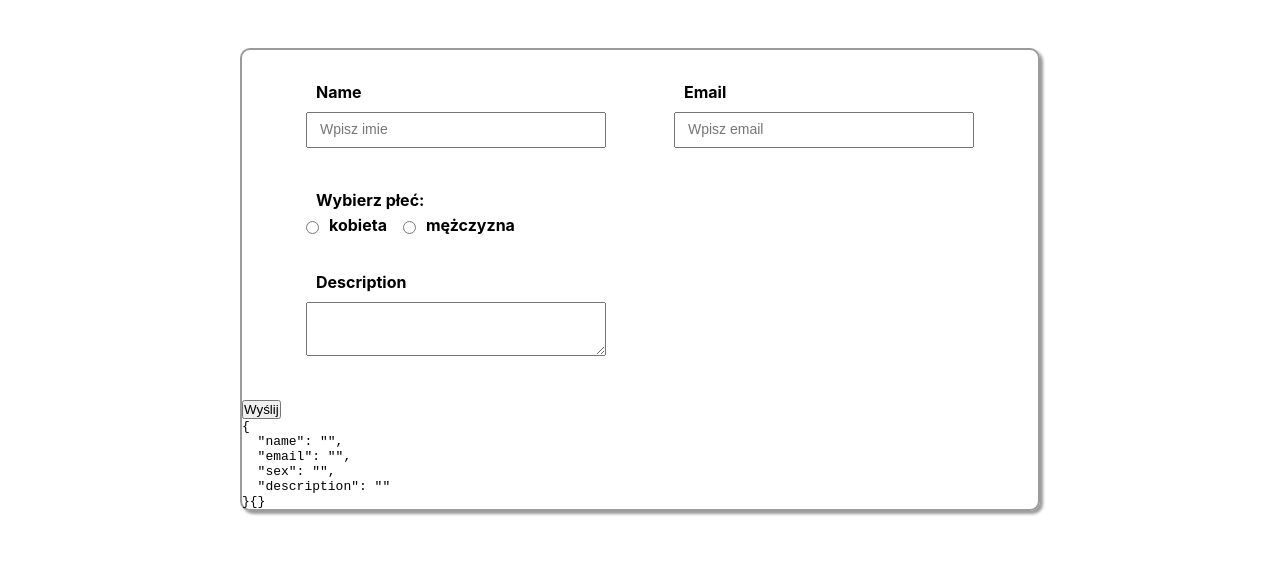
Repository: KrzysKolo/sr_tydzien4_zad3
Page: /
An editor plug-in stored every save of this project. The page is shown before and after the next save, followed by the edit.
The browser window is 1280 px wide. The pictures show the whole page.
The project was rebuilt for these pictures with package versions that can differ from the ones it lists, and the page was loaded fresh each time. Also part of the build but not shown: src/components/FormComponents/TextError.js.

Above is the page before, as saved 2020-11-19 13:52:31.

### src/App.js
import React from 'react';
import './App.css';
import FormikContainer from './components/Formik/FormikContainer';
const App = () => {
  return (
    <main className="App">
      <FormikContainer />
    </main>
   );
}

export default App;

### src/App.css
* {
  margin: 0;
  padding: 0;
  box-sizing: border-box;
}
.form-wrapper {
  margin: 3rem auto;
  width: 800px;
  border: 2px solid rgb(155, 155, 155);
  border-radius: 10px;
  box-shadow: 3px 3px 3px rgb(155, 155, 155);
}
.section {
  display: flex;
  flex-direction: row;
  margin: 2rem 4rem;
  justify-content: space-between;
}
label {
  font-weight: bold;
  display: flex;
  margin-bottom: 5px;
  margin-left: 10px;
}
input[type="text"],
input[type="email"],
textarea {
  display: block;
  width: 300px;
  padding: 6px 12px;
  font-size: 14px;
  line-height: 1.4285;
  color: #555;
  margin: 10px 0;
}

.error {
  color: red;
}
.row {
  display: flex;
  flex-direction: row;
  align-items: center;
  margin-right: 1rem;
}

### src/components/Formik/FormikContainer.js
import React from 'react';
import { Formik, Form } from 'formik';
import * as yup from 'yup';
import FormikControl from './FormikControl';
import RadioOptions from './../../data/RadioOptions';

const FormikContainer = () => {
    const initialValues = {
        name: '',
        email: '',
        sex: '',
        description: '',
    }

    const validationSchema = yup.object({
        name: yup.string().required("Imię jest obowiązkowe!").min(2,"Twóje imię musi mieć więcej niż 2 znaki!").max(30,'Twoje imię może mieć maxymalnie 30 znaków!'),
        email: yup.string().required("Email jest wymagany").email("Adres zawiera błędy"),
        sex: yup.string().required('Zaznacz jedną wartość'),
        description: yup.string().required('Wpisz kilka słów').min(2, "Wpisz co najmniej 2 znaki").max(250, "Możesz wpisać max. 250 znaków"),
    });

    const onSubmit = values => {console.log('Form data: ', values)};
    return (
        <Formik
            initialValues={initialValues}
            validationSchema={validationSchema}
            onSubmit={onSubmit}
        >
            { ({formik, values, errors}) => (
                <Form className="form-wrapper">
                    <section className="section">
                        <FormikControl control='input' type='text' label='Name' name='name' placeholder="Wpisz imie"/>
                        <FormikControl control='input' type='email' label='Email' name='email' placeholder="Wpisz email"/>
                    </section>
                    <section className="section">
                        <FormikControl control='radio' label='Wybierz płeć: ' name='sex' options={RadioOptions}/>
                    </section>
                    <section className="section">
                        <FormikControl control='textarea' label='Description' name='description'/>
                    </section>
                    <button type="submit">Wyślij</button>
                    <pre>
                        {JSON.stringify(values, null, 2)}
                        {JSON.stringify(errors, null, 2)}

                    </pre>

                </Form>
            )

            }

        </Formik>
    )
}
export default FormikContainer;

### src/components/Formik/FormikControl.js
import Input from './../FormComponents/Input';
import Radio from './../FormComponents/Radio';
import TextArea from './../FormComponents/TextArea';

const FormikControl = (props) => {
    const { control, ...rest } = props;
    switch(control) {
        case 'input': return <Input {...rest} />
        case 'radio': return <Radio {...rest} />
        case 'textarea': return <TextArea {...rest} />
        case 'checkbox': return <Checkbox {...rest} />
        default: return null
    }
}

export default FormikControl;

### src/data/RadioOptions.js
const RadioOptions=[
    { id: 0, value: "kobieta", label: 'kobieta' },
    { id: 1, value: "mężczyzna", label: 'mężczyzna' },
   ];
export default RadioOptions;

### src/components/FormComponents/Input.js
import React from 'react';
import{ Field, ErrorMessage } from 'formik';
import TextError from './TextError';

const Input = (props) => {
    const { label, name, ...rest } = props;
    return (
        <div className="form-control">
             <label htmlFor={name}>{label}</label>
            <Field id={name} name={name} {...rest} />
            <ErrorMessage name={name} component={TextError} />
        </div>
     );
}

export default Input;

### src/components/FormComponents/Radio.js
import React from 'react';
import{ Field, ErrorMessage } from 'formik';
import TextError from './TextError';

const Radio = (props) => {
    const { label, name, options, ...rest } = props;
    return (
        <div className="form-control">
            <label htmlFor={name}>{label}</label>
            <div className="row">
                <Field name={name} {...rest}>
                    {
                    ({ field }) => {
                        return options.map(option => {
                            return (
                                <div className="row" key={option.id} >
                                    <input type='radio' id={option.id} {...field} value={option.value} checked={field.value === option.value}/>
                                    <label htmlFor={option.id}>{option.label}</label>
                                </div>
                            )
                        })
                    }
                    }
                </Field>
            </div>
            <ErrorMessage name={name} component={TextError} />
        </div>
     );
}

export default Radio;

### src/components/FormComponents/TextArea.js
import React from 'react';
import{ Field, ErrorMessage } from 'formik';
import TextError from './TextError';

const TextArea = (props) => {
    const { label, name, ...rest } = props;
    return (
        <div className="form-control">
            <label htmlFor={name}>{label}</label>
            <Field as ='textarea' id={name} name={name} {...rest} />
            <ErrorMessage name={name} component={TextError} />
        </div>
     );
}

export default TextArea;

Loaded but not shown: public/index.html (common file); src/index.js (common file); src/index.css (common file)

After the next save:
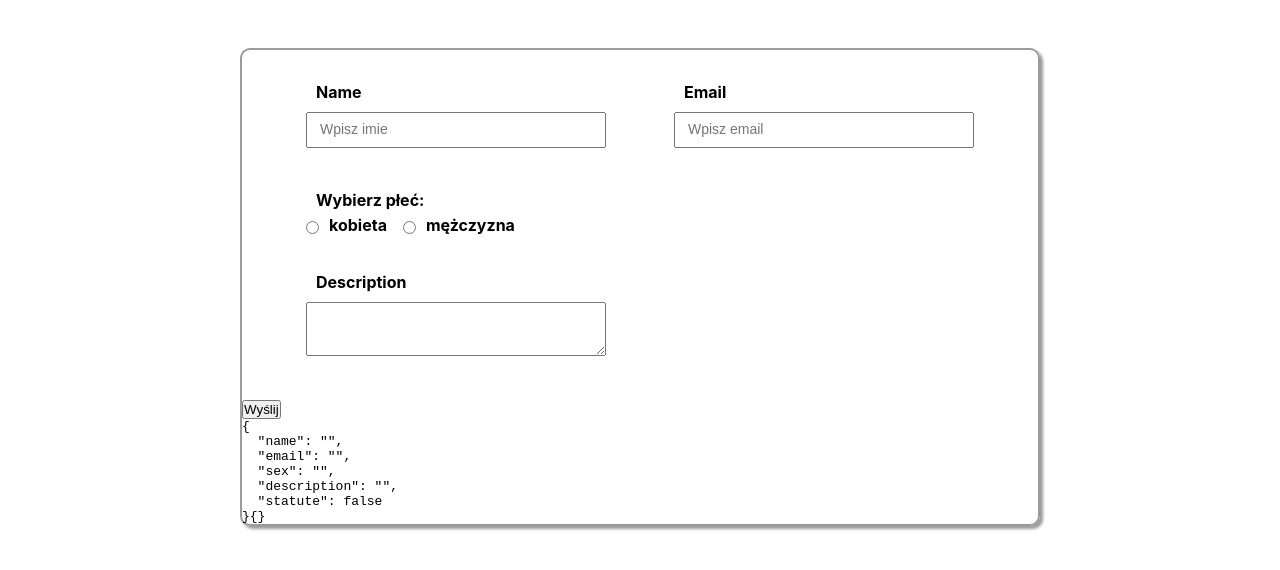
Saved 2 min 35 s later.
--- a/src/components/Formik/FormikContainer.js
+++ b/src/components/Formik/FormikContainer.js
@@ -10,6 +10,7 @@ const FormikContainer = () => {
         email: '',
         sex: '',
         description: '',
+        statute: false,
     }
 
     const validationSchema = yup.object({
@@ -17,6 +18,7 @@ const FormikContainer = () => {
         email: yup.string().required("Email jest wymagany").email("Adres zawiera błędy"),
         sex: yup.string().required('Zaznacz jedną wartość'),
         description: yup.string().required('Wpisz kilka słów').min(2, "Wpisz co najmniej 2 znaki").max(250, "Możesz wpisać max. 250 znaków"),
+        statute: yup.boolean().required().oneOf([true], 'Musisz zaznaczyć regulamin!'),
     });
 
     const onSubmit = values => {console.log('Form data: ', values)};
